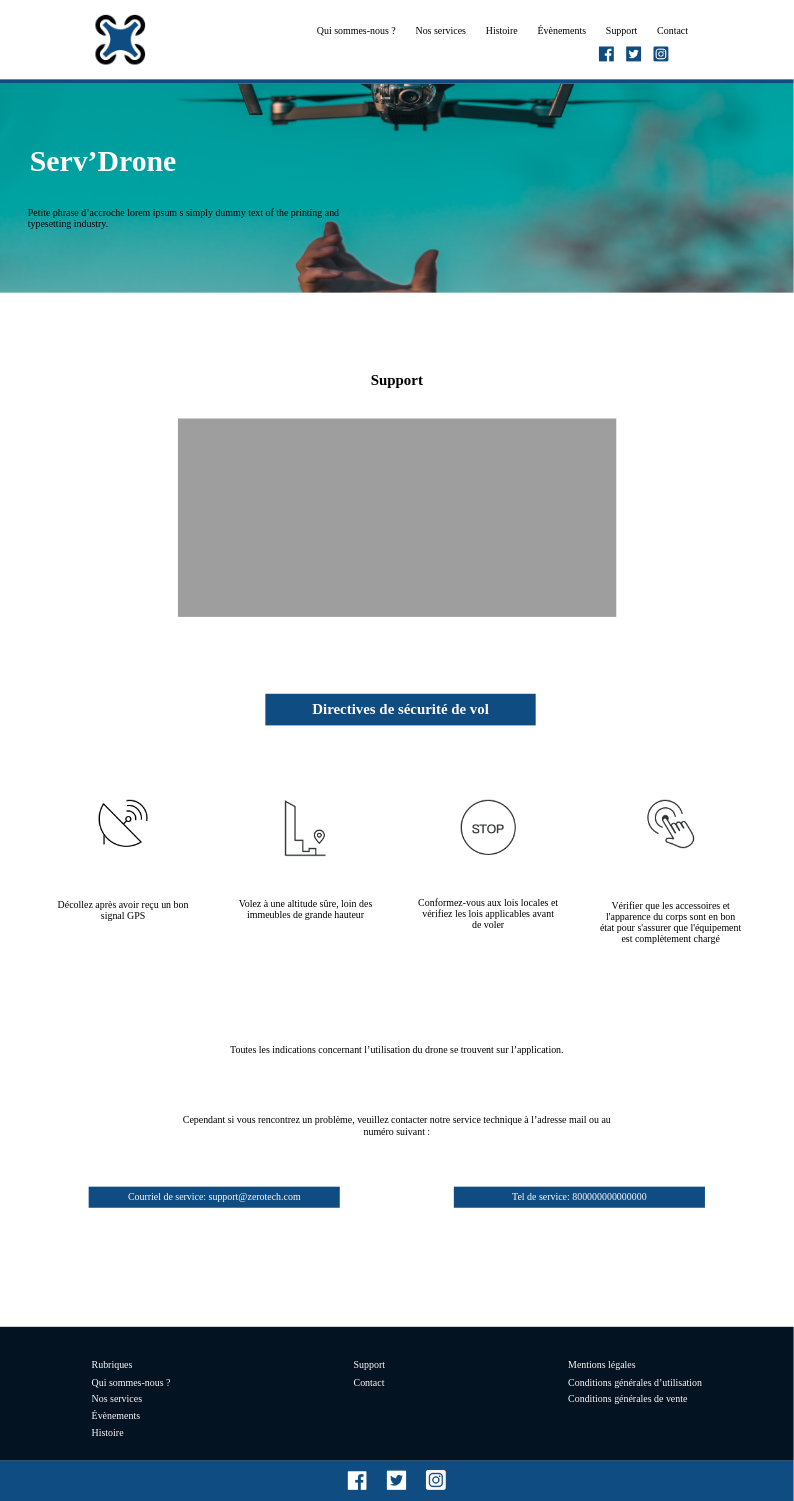
Repository: clairedupuich/serv_drone
Page: http://localhost/support.html
The author's editor kept a copy of each file at every save. The page is drawn from the files as they stood at one save, then again after a run of saves.
The browser window is 1280 px wide. The pictures show the whole page, at 62% of full size.
Pictures or frames that could not be fetched are drawn as grey boxes. The page is run by PHP 8.4 with error messages shown; the project is at /var/www/html/.

Above is the page before, as saved 2020-10-29 23:46:45.

After the next 2 saves:
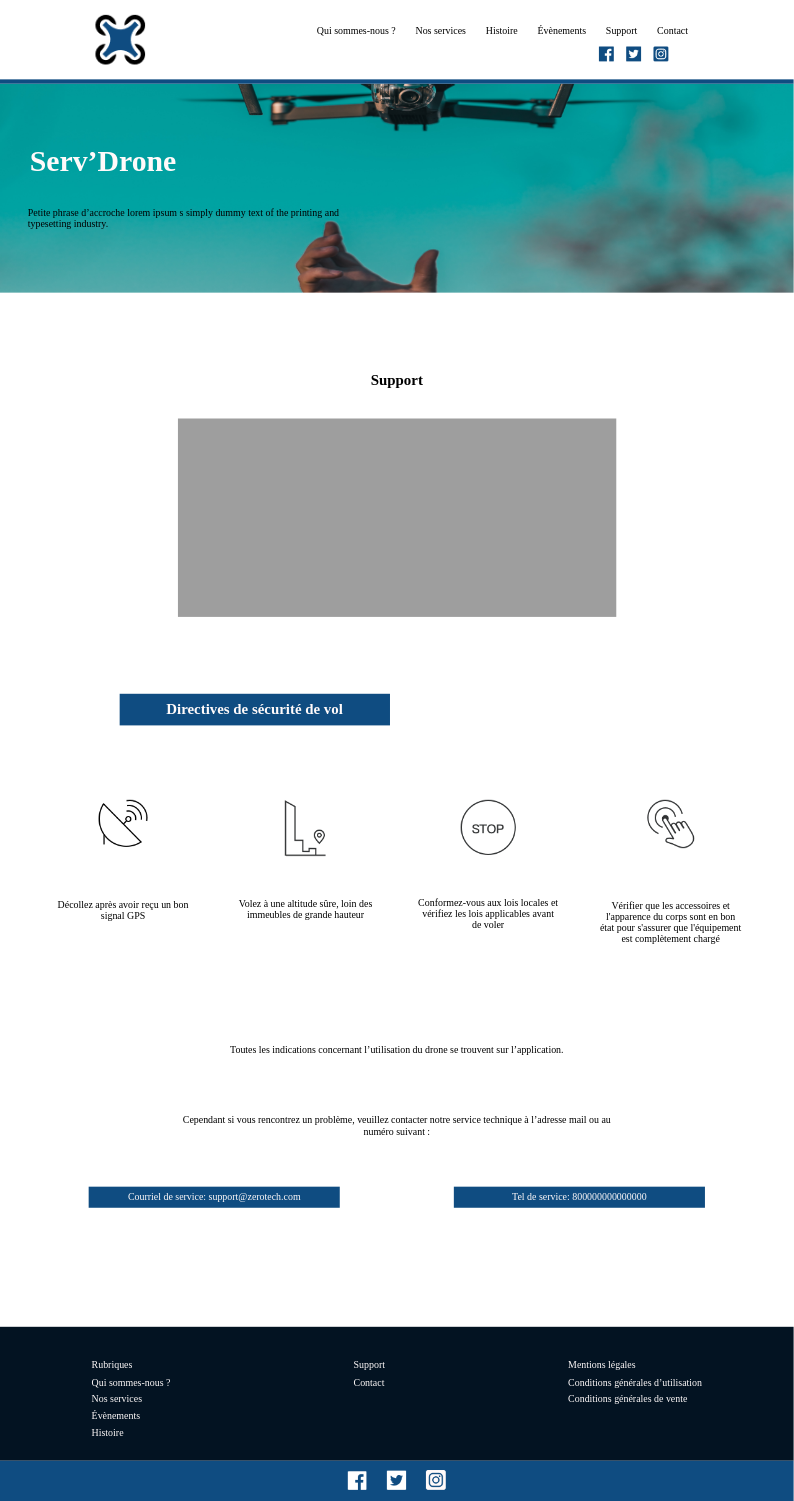
The 2 saves are shown as one change because they came seconds apart.
The last was saved 18 s later.
--- a/style.css
+++ b/style.css
@@ -108,7 +108,7 @@ iframe {
 .titreIcon {
     color: snow;
     background-color: #0F4C81;
-    margin: 5em 32%;
+    margin: 5em 12%;
     padding: .5em;
     width: 35%;
 }
